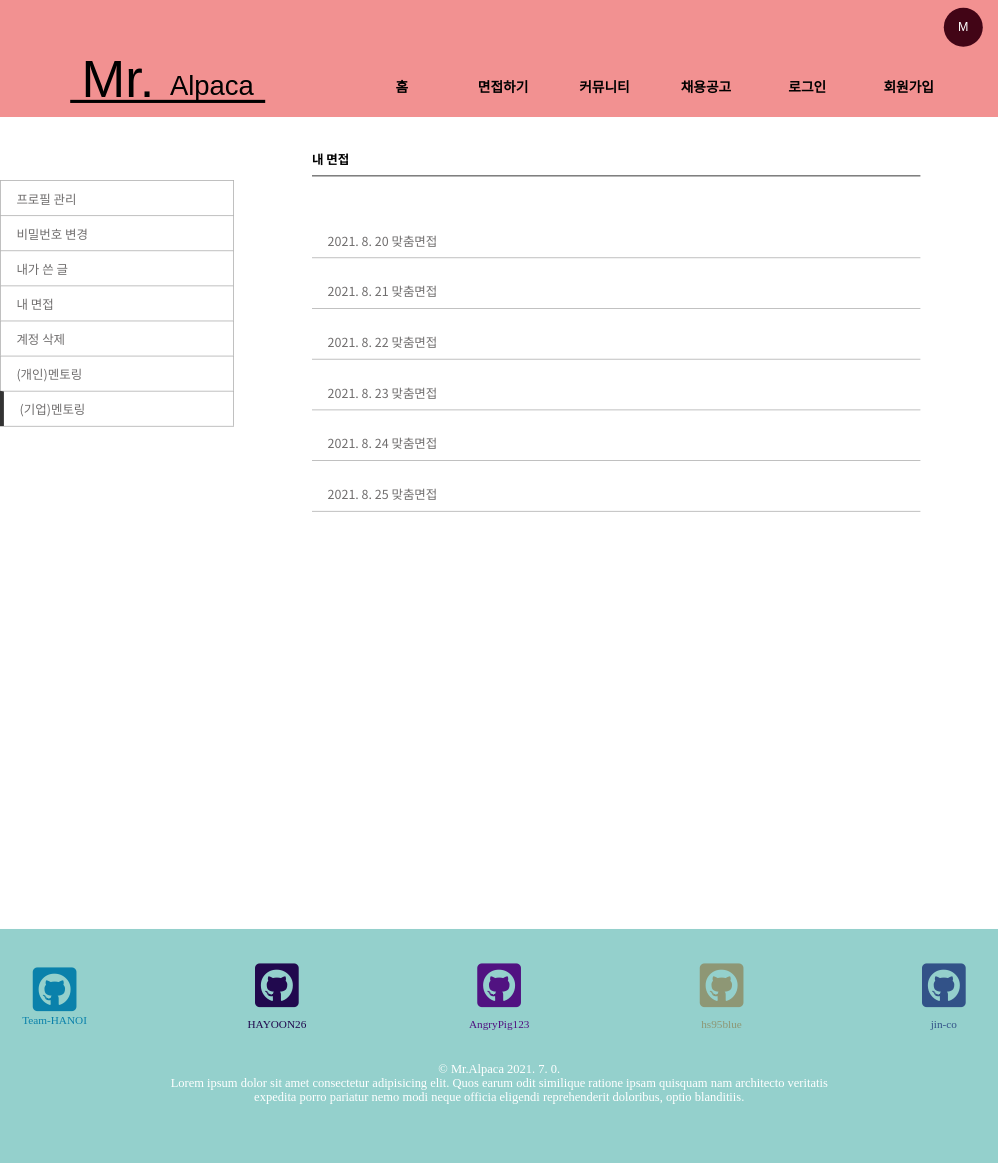
Repository: Team-HANOI/AI_Front_JSP
Page: http://localhost/Team_Project/WEB-INF/views/mypage/myinterview_detail.jsp
An editor plug-in stored every save of this project. The page is shown before and after the next save, followed by the edit.
The browser window is 1280 px wide. The pictures show the whole page, at 78% of full size.
Some web fonts or font styles are not loaded; a fallback is used. The page is served by Tomcat 9. Nobody is signed in. Other server files are loaded and not shown. The template is opened directly, without the code that normally fills it, so the values that code supplies are empty.

Above is the page before, as saved 2021-08-31 00:39:42.
Console error: TypeError: Cannot read properties of undefined (reading 'forEach')

### team_project/Team_Project/src/main/webapp/WEB-INF/views/mypage/myinterview_detail.jsp
<%@ page language="java" contentType="text/html; charset=UTF-8"
    pageEncoding="UTF-8"%>
<!DOCTYPE html>
<html lang="en">
<head>
    <!-- 공통 스타일 -->
    <jsp:include page="../common/top.jsp"/>
	<!-- 페이지 스타일 -->
	<link rel="stylesheet" href="/style/board_review.css">
</head>
<body>
    <!-- 머리말: 앱 타이틀, 네비메뉴, 마이페이지 -->
    <jsp:include page="../common/header.jsp"/>

    <!-- 구분선 -->
    <div class="line"></div>

    <!-- 본문 시작 -> 여기서 작업하세요 -->
    <main>
    	<!-- 팝업 -->
        <!-- 팝업배경 더미 -->
        <div class="popup-dummy"></div>

        <!-- 키워드 카드 팝업 -->
        <jsp:include page="../common/popups/popup_keyword.jsp"/>

        <!-- 기업회원가입 팝업 -->
        <jsp:include page="../common/popups/popup_join_com.jsp"/>

        <!-- 일반회원가입 팝업 -->
        <jsp:include page="../common/popups/popup_join_indv.jsp"/>

        <!-- 일번회원가입 추가입력 폼 팝업 -->
        <jsp:include page="../common/popups/popup_join_indv_extra.jsp"/>

        <!-- 기업회원 로그인 -->
        <jsp:include page="../common/popups/popup_login_com.jsp"/>

        <!-- 일반회원 로그인 -->
        <jsp:include page="../common/popups/popup_login_indv.jsp"/>

		<!-- 타이틀 더미 -->
        <div class="dummy"></div>

        <!-- 마이 페이지 -->
        <div class="mypage">
            <!-- 유저정보 좌측 메뉴 정보 -->
            <div class="mypage-left">

                <!-- 좌측 메뉴 링크 -->
                <jsp:include page="mypage_common/mypage_nav.jsp"></jsp:include>
            </div>

            <!-- 유저정보 우측 정보 박스 -->
            <div class="mypage-right">
                <!-- 유저정보 제목 -->
                <div class="mypage-content-title">내 면접</div>
                <div class="line"></div>
                <!-- 사용자 정보 -->
                <form action="" method="POST" class="mypage-content">
                    <div class="mypage-content-list">
                        <ul>
                            <a href="mypage-myinterview-detail.html"><li>2021. 8. 20 맞춤면접</li></a>
                            <a href="mypage-myinterview-detail.html"><li>2021. 8. 21 맞춤면접</li></a>
                            <a href="mypage-myinterview-detail.html"><li>2021. 8. 22 맞춤면접</li></a>
                            <a href="mypage-myinterview-detail.html"><li>2021. 8. 23 맞춤면접</li></a>
                            <a href="mypage-myinterview-detail.html"><li>2021. 8. 24 맞춤면접</li></a>
                            <a href="mypage-myinterview-detail.html"><li>2021. 8. 25 맞춤면접</li></a>
                        </ul>
                    </div>
                </form>
            </div>
        </div>
    </main>

    <!-- 꼬리 -->
    <jsp:include page="../common/footer.jsp"/>
</body>
</html>

### team_project/Team_Project/src/main/webapp/WEB-INF/views/common/top.jsp
<%@ page language="java" contentType="text/html; charset=UTF-8"
    pageEncoding="UTF-8"%>
<meta charset="UTF-8">
<meta http-equiv="X-UA-Compatible" content="IE=edge">
<meta name="viewport" content="width=device-width, initial-scale=1.0">
<title>Mr. Alpaca</title>
<link rel="shortcut icon" href="/image/favicon/favicon1.ico">

<!-- font awesome CDN -->
<link rel="stylesheet"
	href="https://use.fontawesome.com/releases/v5.15.4/css/all.css"
	integrity="sha384-DyZ88mC6Up2uqS4h/KRgHuoeGwBcD4Ng9SiP4dIRy0EXTlnuz47vAwmeGwVChigm"
	crossorigin="anonymous">

<!-- custom styles -->
<link rel="stylesheet" href="/style/main.css">
<link rel="stylesheet" href="/style/pop_ups.css">
<link rel="stylesheet" href="/style/interview_keyword.css">
<link rel="stylesheet" href="/style/mypage.css">
<link rel="stylesheet" href="/style/board_detail.css">
<link rel="stylesheet" href="/style/login.css">
<link rel="stylesheet" href="/style/join.css">

<!-- jquery-->
<script src="https://code.jquery.com/jquery-3.6.0.js"
	integrity="sha256-H+K7U5CnXl1h5ywQfKtSj8PCmoN9aaq30gDh27Xc0jk="
	crossorigin="anonymous"></script>

<!-- java script -->
<script defer src="/js/index.js"></script>
<script defer src="/js/pop_ups.js"></script>

### team_project/Team_Project/src/main/webapp/WEB-INF/views/common/header.jsp
<%@ page language="java" contentType="text/html; charset=UTF-8"
    pageEncoding="UTF-8"%>
<header>
	<nav class="nav">
		<!-- my page 링크 -->
		<a href="/mypage/" class="my-page-link">M</a>

		<!-- 사이트 명 -->
		<ul class="nav-sub nav-title">
			<a href="/">
				<li class="nav-sub-li">
					<span class="nav-title-mr">Mr.</span> <span
					class="nav-title-alpaca"> Alpaca </span>
					<div class="line"></div>
				</li>
			</a>
		</ul>

		<!-- 네비게이션 메뉴 -->
		<ul class="nav-sub nav-menu">
			<a href="/">
				<li>홈</li>
			</a>

			<a href="/interview/">
				<li class="nav-sub-box">면접하기
					<ul class="nav-sub-sub">
						<!-- test class needs to be deleted -->
						<a href="/interview/run"><li>일반면접모드</li></a>
						<a href="/interview/recruit"><li>채용공고모드</li></a>
						<a><li class="keyword-popup btn">맞춤모드</li></a>
						<a href="/interview/mentor"><li class="sub-last-item">멘토모드</li></a>
					</ul>
				</li>
			</a>

			<a href="/board/">
				<li class="nav-sub-box">커뮤니티
					<ul class="nav-sub-sub">
						<a href="/board/"><li>전체질문</li></a>
						<a href="/board/review"><li>면접후기게시판</li></a>
						<a href="/board/free"><li>자유게시판</li></a>
						<a href="/board/recommend"><li>면접질문</li></a>
						<a href="/board/best_answers"><li class="sub-last-item">모범답안</li></a>
					</ul>
				</li>
			</a>

			<a href="/recruit/">
				<li class="nav-sub-box">채용공고</li>
			</a>

			<li class="nav-sub-box">로그인
				<a>
					<ul class="nav-sub-sub">
						<a><li class="login-individual btn">일반회원</li></a>
						<a><li class="sub-last-item login-com btn">기업회원</li> </a>
					</ul>
				</a>
			</li>

			<li class="nav-sub-box">회원가입
				<a>
					<ul class="nav-sub-sub">
						<a><li class="join-individual btn">일반회원</li> </a>
						<a><li class="sub-last-item join-com btn">기업회원</li></a>
					</ul>
				</a>
			</li>
		</ul>
	</nav>
</header>

### team_project/Team_Project/src/main/webapp/WEB-INF/views/common/popups/popup_keyword.jsp
<%@ page language="java" contentType="text/html; charset=UTF-8"
    pageEncoding="UTF-8"%>
<!-- 키워드 카드 팝업 -->
<div class="popup-card keyword-box">
    <h2 class="popup-text">키워드를 선택하세요</h2>

    <!-- 구분선 -->
    <div class="line"></div>

    <div class="keywords">
        <div class="keyword">
            <input id="kw1" type="checkbox">
            <label for="kw1">백엔드</label>
        </div>
        <div class="keyword">
            <input id="kw2" type="checkbox">
            <label for="kw2">백엔aaa드</label>
        </div>
        <div class="keyword">
            <input id="kw3" type="checkbox">
            <label for="kw3">백드</label>
        </div>
        <div class="keyword">
            <input id="kw4" type="checkbox">
            <label for="kw4">백드</label>
        </div>
        <div class="keyword">
            <input id="kw5" type="checkbox">
            <label for="kw5">백드</label>
        </div>
        <div class="keyword">
            <input id="kw6" type="checkbox">
            <label for="kw6">백드</label>
        </div>
    </div>

    <!-- 구분선 -->
    <div class="line"></div>

    <a href="interview_normal.html">
        <button class="btn popup-btn">확인</button>
    </a>
</div>

### team_project/Team_Project/src/main/webapp/WEB-INF/views/common/popups/popup_login_com.jsp
<%@ page language="java" contentType="text/html; charset=UTF-8"
    pageEncoding="UTF-8"%>
<!-- 기업회원 로그인 -->
<div class="popup-card login-com-form">
    <form action="" method="GET" class="login-business join">
        <h1 class="join-title">기업회원 로그인</h1>

        <div class="join-holder">
            <!-- 구분선 -->
            <div class="line"></div>
            <div style="clear:both"></div>

            <label for="">이메일</label>
            <input class="join-input holder" type="text" placeholder="이메일">
            <label for="">비밀번호
                <span class="pwReset">
                    <small class="btn pw-search">비밀번호 재설정</small>
                </span>
            </label>
            <input class="join-input holder" type="text" placeholder="비밀번호">

            <div class="mkAccCheck">
                <span class="mkAccText">아직 계정이 없으신가요?</span><span class="mkAccBtn"><a href="join_business.html">계정만들기 ></a></span>
            </div>

            <div class="join-confirm">
                <input class="join-btn btn" type="submit" value="이메일 로그인">
                <div class="cookieCfm">
                    <input type="checkbox" id="term_2_login_com">
                    <label for="term_2_login_com">
                        <small>로그인 상태 유지</small>
                    </label>
                </div>
            </div>
        </div>

        <div class="join-text">
            <a href=""><small>이용약관</small></a> |
            <a href=""><small>개인정보 처리방침</small></a> |
            <a href=""><small>FAQ / 문의</small></a>
        </div>
        <div class="join-text">
            <a href="#" onclick="javascript:showPwAlert()" style="color:red;">비밀번호 경고</a>
        </div>
    </form>

     <!-- 비밀번호 오류 팝업 -->
     <div class="popPwAlert" id="popPwAlert">
        <div class="popPwAlertBg"></div>
        <div class="popPwAlertFg">
            <div class="join-confirm">
                <div class="pwAlertText">비밀번호를 n회 실패하셨습니다.<br>다시 입력해 주세요</div>
                <div class="pwAlertTextRed">10회 실패하실 경우 1시간 잠금 상태가 됩니다.</div>
            </div>
            <div class="join-confirm">
                <input class="join-btn" type="button" onclick="javascript:subPwAdmit()" value="확인">
            </div>
        </div>
    </div>
</div>

### team_project/Team_Project/src/main/webapp/WEB-INF/views/mypage/mypage_common/mypage_nav.jsp
<%@ page language="java" contentType="text/html; charset=UTF-8"
    pageEncoding="UTF-8"%>
<!-- 게시판 메뉴 -->
<div class="board-container mypage-left">
    <div class="mypage-left-bottom">
        <ul>
            <a href="/mypage/"><li >프로필 관리</li></a>
            <a href="/mypage/pwchange"><li>비밀번호 변경</li></a>
            <a href="/mypage/myarticle"><li>내가 쓴 글</li></a>
            <a href="/mypage/myinterview"><li>내 면접</li></a>
            <a href="/mypage/delete"><li>계정 삭제</li></a>
            <a href="/mypage/mentoring"><li>(개인)멘토링</li></a>
            <a href="/mypage/mentoring/com" ><li class="activated">(기업)멘토링</li></a>
        </ul>
    </div>
</div>

### team_project/Team_Project/src/main/webapp/WEB-INF/views/common/footer.jsp
<%@ page language="java" contentType="text/html; charset=UTF-8"
    pageEncoding="UTF-8"%>
<footer>
	<!-- 깃 허브 링크 -->
	<div class="developers">
		<a class="hayoon" href="https://github.com/orgs/Team-HANOI/dashboard">
			<i class="fab fa-github-square fa-4x"></i>
			<p class="developers-id">Team-HANOI</p>
		</a>

		<a class="hayoon" href="https://github.com/HAYOON26"> <i
			class="fab fa-github-square fa-4x developers-git"></i>
			<p class="developers-id">HAYOON26</p>
		</a>

		<a class="hayoon" href="https://github.com/AngryPig123"> <i
			class="fab fa-github-square fa-4x developers-git"></i>
			<p class="developers-id">AngryPig123</p>
		</a>

		<a class="hayoon" href="https://github.com/hs95blue"> <i
			class="fab fa-github-square fa-4x developers-git"></i>
			<p class="developers-id">hs95blue</p>
		</a>

		<a class="hayoon" href="https://github.com/jin-co"> <i
			class="fab fa-github-square fa-4x developers-git"></i>
			<p class="developers-id">jin-co</p>
		</a>
	</div>

	<!-- copyright, 소개글 -->
	<div class="footer-text">
		<p>
			&copy; Mr.Alpaca <span class="copyright-date"></span>
		</p>
		<p>
			Lorem ipsum dolor sit amet consectetur adipisicing elit. Quos
			earum odit similique ratione ipsam quisquam nam architecto veritatis
			expedita porro pariatur nemo modi neque officia eligendi
			reprehenderit doloribus, optio blanditiis.
		</p>
	</div>
</footer>

### team_project/Team_Project/src/main/resources/static/style/interview_keyword.css
.keyword label {
  display: inline-block;
  padding: 0 10px;
  margin: 10px;
  background:#94d0cc;
  color: #000;
  border-radius: 1rem;
  cursor: pointer;
}

.keyword input[type="checkbox"] {
  display: none;
}

.keyword input[type="checkbox"]:checked ~ label {
  background:pink;
}

.keyword-box {
  width: 100%;
  position: sticky;
  background-color:white;
  border-radius: 15px;
  z-index: 2;
  top: 60%;
  left: 50%;
  transform: translate(-50%, -50%);
  display: flex;
  flex-direction: column;
  align-items: center;
  justify-content: center;
}

.keywords {
  width: 100%;
  display: flex;
  align-items: flex-start;
  flex-wrap: wrap;
}

.keyword {
  min-width: 110px;
}

.keyword-btn {
  height: 40px;
  width: 100px;
  border-radius: 5px;
  margin-top: 20px;
  font-size: 1.1rem;
}

### team_project/Team_Project/src/main/resources/static/style/board_detail.css
/* 게시판 상세내역 */
.board-detail {
    width: 90%;
    display: flex;
    flex-direction: column;
    font-size: 1.1rem;
}

.detail-row {
    height: auto;
    display: flex;
    justify-content: space-between;
    margin: 10px 0;
    align-items: center;
}

.detail-row .btn {
    width: 100px;
    height: 30px;
    background-color: #FF96AD;
}

.detail-row .comment {
    width: 90%;
    height: 30px;
    border: none;
    border-bottom: 1px solid #000;
    font-size: 1.1rem;
}

.detail-row .comment:focus {
    outline: none;
}

.item {
    border: 1px solid #000;
    padding: 5px 20px;
}

.detail-img {
    height: 100px;
    width: 100px;
    border-radius: 50%;
}

.write-btn {
    width: 5%;
}

.mypage {
    margin-top: 0 !important;
}

a {
    color: #000;
}

.total-btn {
    height: 50px;
    width: 200px;
    font-size: 1.2rem;
    position: relative;
    top: 20px;
    font-size: 1.1rem !important;
}

### team_project/Team_Project/src/main/resources/static/style/board_review.css
/* 채용공고 스타일 */
.board-container {
    display: flex;
    height: 124vh;
    width: 100%;
    margin-bottom: 0 !important;
}

.board-menu {
    height: 100%;
    width: 250px;
    border-right: 1px solid #333;
    border-left: 1px solid #333;
    padding: 10px;
    position: relative;
}

.board-menu::before {
    content: "";
    height: 100%;
    width: 100%;
    position: absolute;
    top: 0;
    left: 0;
    background: url('https://pngimg.com/uploads/tree/tree_PNG92775.png') center no-repeat;
    z-index: -10;
    opacity: .2;
}

.board-menu ul {
    list-style: none;
}

.board-menu ul a {
    text-decoration: none;
}

.board-menu ul li {
    margin: 10px ;
}

tr th {
    width: 10%;
}

tr th:nth-child(3) {
    min-width: 600px;
}

tr td:nth-child(3) {
    text-align: left;
}

Loaded but not shown: team_project/Team_Project/src/main/resources/static/js/index.js (145 lines, source omitted); team_project/Team_Project/src/main/resources/static/js/pop_ups.js (98 lines, source omitted); team_project/Team_Project/src/main/resources/static/style/main.css (681 lines, source omitted); team_project/Team_Project/src/main/resources/static/style/mypage.css (443 lines, source omitted); team_project/Team_Project/src/main/resources/static/style/join.css (277 lines, source omitted); team_project/Team_Project/src/main/webapp/WEB-INF/views/common/popups/popup_join_indv.jsp (67 lines, source omitted); team_project/Team_Project/src/main/resources/static/style/login.css (240 lines, source omitted); team_project/Team_Project/src/main/webapp/WEB-INF/views/common/popups/popup_login_indv.jsp (68 lines, source omitted); team_project/Team_Project/src/main/webapp/WEB-INF/views/common/popups/popup_join_indv_extra.jsp (74 lines, source omitted); team_project/Team_Project/src/main/resources/static/style/pop_ups.css (147 lines, source omitted); team_project/Team_Project/src/main/webapp/WEB-INF/views/common/popups/popup_join_com.jsp (60 lines, source omitted)

After the next save:
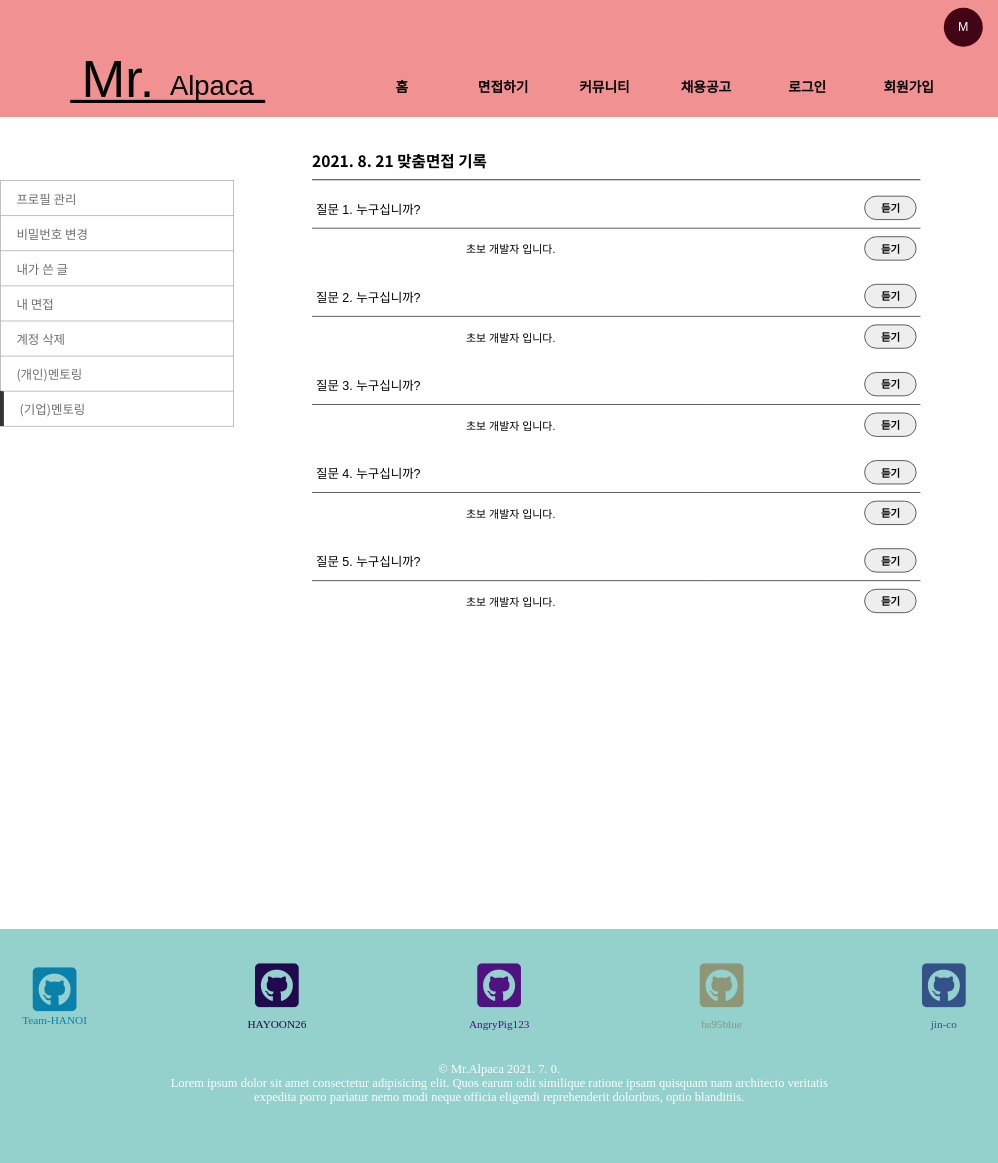
Saved 2 min 43 s later.
--- a/team_project/Team_Project/src/main/webapp/WEB-INF/views/mypage/myinterview_detail.jsp
+++ b/team_project/Team_Project/src/main/webapp/WEB-INF/views/mypage/myinterview_detail.jsp
@@ -54,19 +54,118 @@
             <!-- 유저정보 우측 정보 박스 -->
             <div class="mypage-right">
                 <!-- 유저정보 제목 -->
-                <div class="mypage-content-title">내 면접</div>
+                <div class="dateMT">2021. 8. 21 맞춤면접 기록</div>
                 <div class="line"></div>
                 <!-- 사용자 정보 -->
                 <form action="" method="POST" class="mypage-content">
-                    <div class="mypage-content-list">
-                        <ul>
-                            <a href="mypage-myinterview-detail.html"><li>2021. 8. 20 맞춤면접</li></a>
-                            <a href="mypage-myinterview-detail.html"><li>2021. 8. 21 맞춤면접</li></a>
-                            <a href="mypage-myinterview-detail.html"><li>2021. 8. 22 맞춤면접</li></a>
-                            <a href="mypage-myinterview-detail.html"><li>2021. 8. 23 맞춤면접</li></a>
-                            <a href="mypage-myinterview-detail.html"><li>2021. 8. 24 맞춤면접</li></a>
-                            <a href="mypage-myinterview-detail.html"><li>2021. 8. 25 맞춤면접</li></a>
-                        </ul>
+                    <!-- 질의 응답-->
+                    <div class="dialyMT">
+                        <table class="mypageTb">
+                            <tr>
+                                <td class="mypageTb-02ax">
+                                    <p>질문 1. 누구십니까?</p>
+                                </td>
+                                <td class="mypageTb-03ax">
+                                    <button type="button" class="playBtn">듣기</button>
+                                </td>
+                            </tr>
+                            <tr>
+                                <td class="mypageTb-01ax">
+                                    <p>초보 개발자 입니다.</p>
+                                </td>
+                                <td class="mypageTb-04ax">
+                                    <button type="button" class="playBtn">듣기</button>
+                                </td>
+                            </tr>
+                        </table>
+                    </div>
+
+                    <!-- 질의 응답-->
+                    <div class="dialyMT">
+                        <table class="mypageTb">
+                            <tr>
+                                <td class="mypageTb-02ax">
+                                    <p>질문 2. 누구십니까?</p>
+                                </td>
+                                <td class="mypageTb-03ax">
+                                    <button type="button" class="playBtn">듣기</button>
+                                </td>
+                            </tr>
+                            <tr>
+                                <td class="mypageTb-01ax">
+                                    <p>초보 개발자 입니다.</p>
+                                </td>
+                                <td class="mypageTb-04ax">
+                                    <button type="button" class="playBtn">듣기</button>
+                                </td>
+                            </tr>
+                        </table>
+                    </div>
+
+                    <!-- 질의 응답-->
+                    <div class="dialyMT">
+                        <table class="mypageTb">
+                            <tr>
+                                <td class="mypageTb-02ax">
+                                    <p>질문 3. 누구십니까?</p>
+                                </td>
+                                <td class="mypageTb-03ax">
+                                    <button type="button" class="playBtn">듣기</button>
+                                </td>
+                            </tr>
+                            <tr>
+                                <td class="mypageTb-01ax">
+                                    <p>초보 개발자 입니다.</p>
+                                </td>
+                                <td class="mypageTb-04ax">
+                                    <button type="button" class="playBtn">듣기</button>
+                                </td>
+                            </tr>
+                        </table>
+                    </div>
+
+                    <!-- 질의 응답-->
+                    <div class="dialyMT">
+                        <table class="mypageTb">
+                            <tr>
+                                <td class="mypageTb-02ax">
+                                    <p>질문 4. 누구십니까?</p>
+                                </td>
+                                <td class="mypageTb-03ax">
+                                    <button type="button" class="playBtn">듣기</button>
+                                </td>
+                            </tr>
+                            <tr>
+                                <td class="mypageTb-01ax">
+                                    <p>초보 개발자 입니다.</p>
+                                </td>
+                                <td class="mypageTb-04ax">
+                                    <button type="button" class="playBtn">듣기</button>
+                                </td>
+                            </tr>
+                        </table>
+                    </div>
+
+                    <!-- 질의 응답-->
+                    <div class="dialyMT">
+                        <table class="mypageTb">
+                            <tr>
+                                <td class="mypageTb-02ax">
+                                    <p>질문 5. 누구십니까?</p>
+                                </td>
+                                <td class="mypageTb-03ax">
+                                    <button type="button" class="playBtn">듣기</button>
+                                </td>
+                            </tr>
+                            <tr>
+                                <td class="mypageTb-01ax">
+                                    <p>초보 개발자 입니다.</p>
+                                </td>
+                                <td class="mypageTb-04ax">
+                                    <button type="button" class="playBtn">듣기</button>
+                                </td>
+                            </tr>
+                        </table>
                     </div>
                 </form>
             </div>
